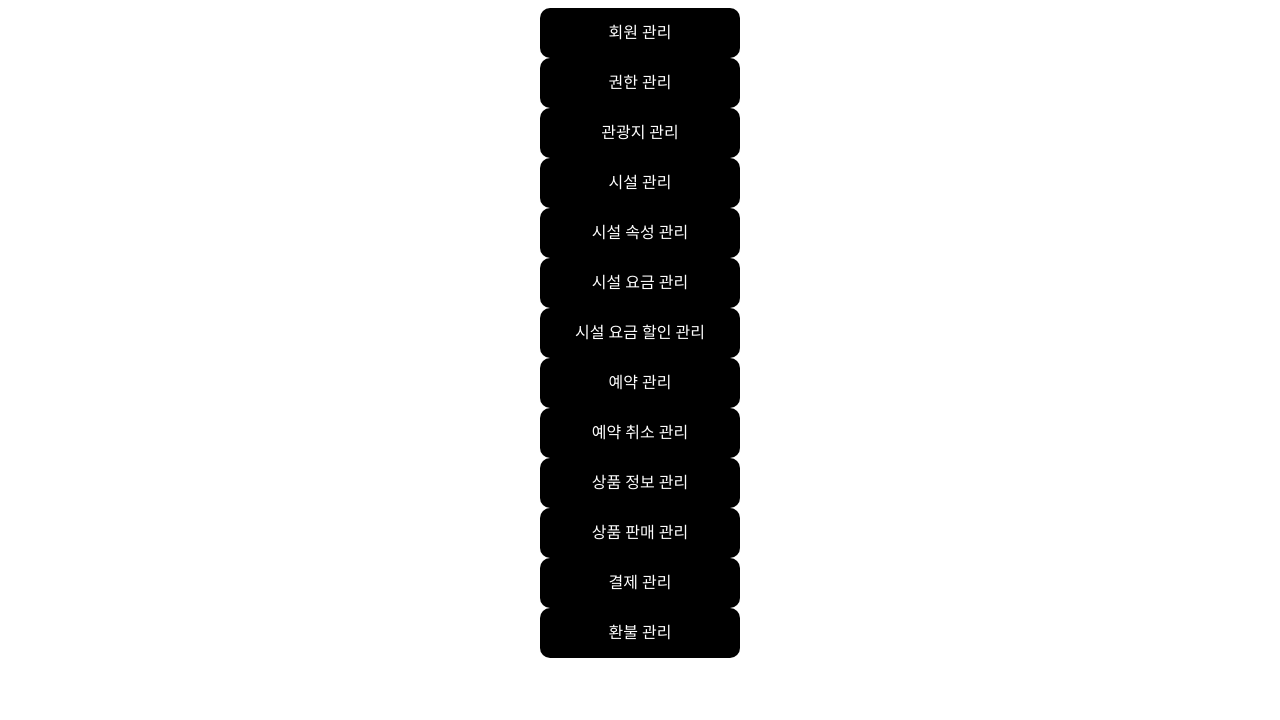
Repository: psyoongsc/SogongDo_Facility
Page: http://localhost/SogongDo_Management_System/
An editor plug-in stored every save of this project. The page is shown before and after the next save, followed by the edit.
The browser window is 1280 px wide. The pictures show the whole page.
The page is served by Tomcat 9. Nobody is signed in. The application's start-up code is not run.

Above is the page before, as saved 2020-06-25 14:40:36.

After the next save:
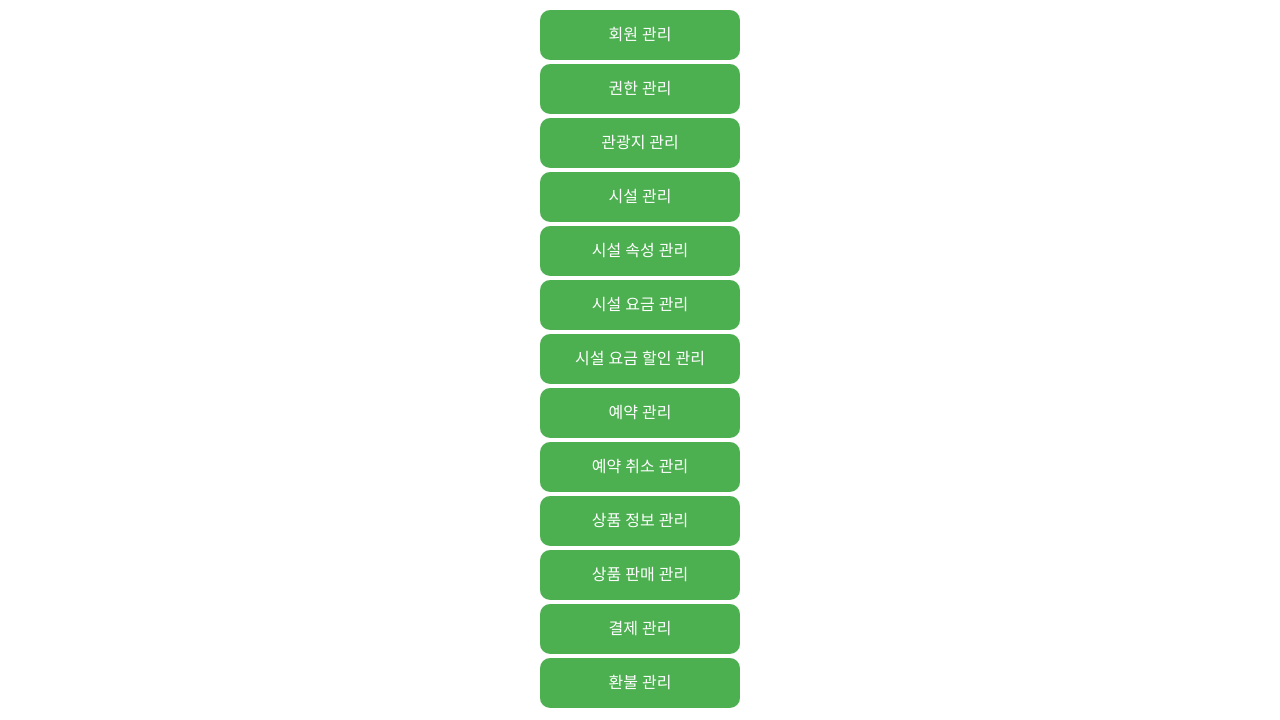
Saved 70 s later.
--- a/SogongDo_Management_System/WebContent/index.jsp
+++ b/SogongDo_Management_System/WebContent/index.jsp
@@ -9,12 +9,13 @@
 a {
 	text-decoration: none;
 	text-align: center;
-	background-color: black;
+	background-color: #4CAF50;
 	width: 200px;
 	line-height: 50px;
 	font-size: medium;
 	display: inline-block;
 	border-radius: 10px 10px;
+	margin: 2px;
 }
 
 a:link {
